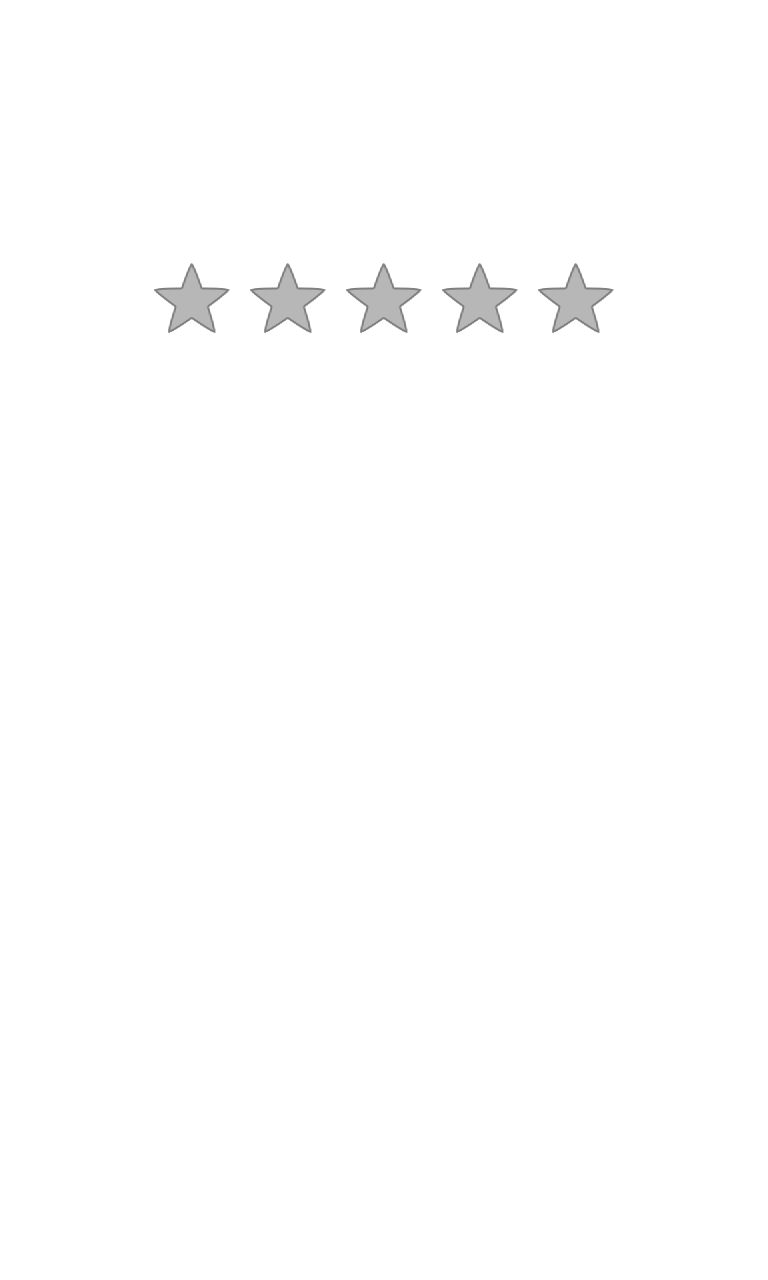
Repository: derspatero/workspace
Layout: EdwardLambke/res/layout/question.xml
The author's editor kept a copy of each file at every save. The layout is drawn from the files as they stood at one save, then again after the next save.
It is drawn on a 768 x 1280 px phone screen (xhdpi) without system bars, with theme AppTheme; the app's code is not run.

Above is the layout before, as saved 2014-10-26 05:17:10.

After the next save:
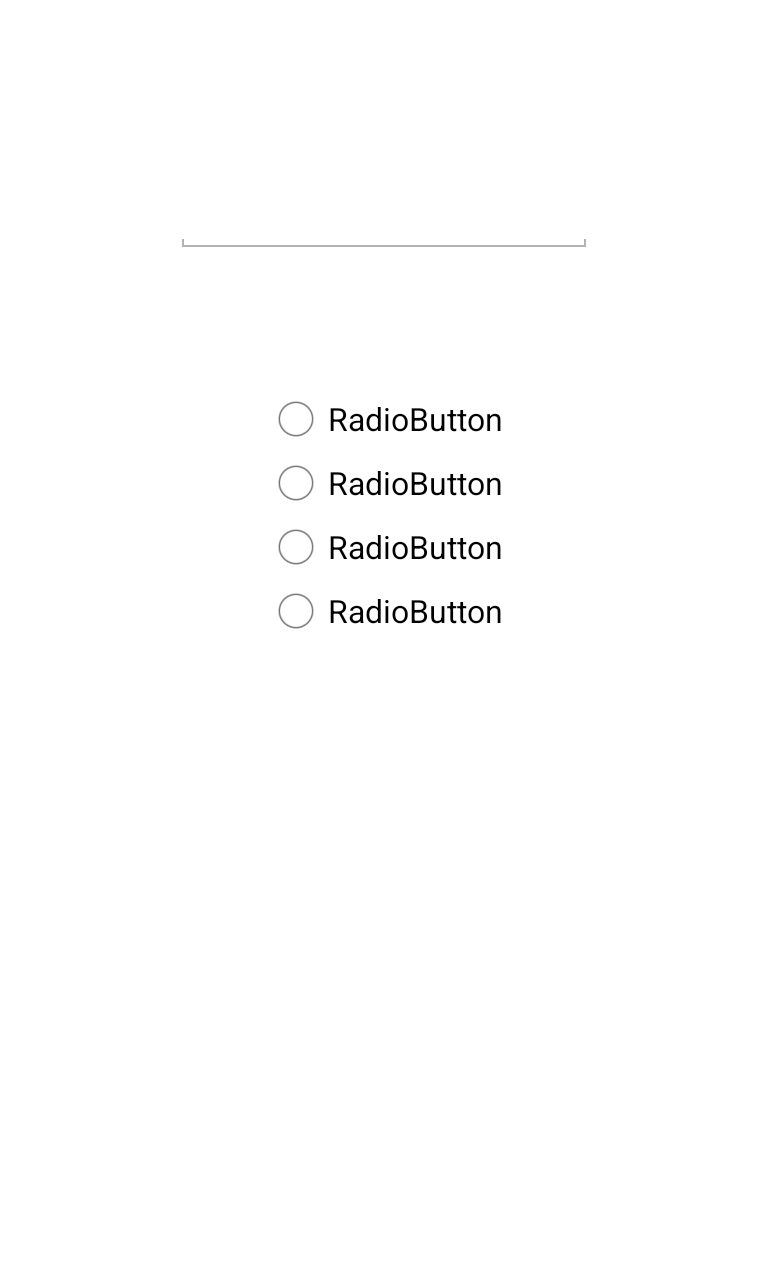
Saved 11 min 38 s later.
--- a/EdwardLambke/res/layout/question.xml
+++ b/EdwardLambke/res/layout/question.xml
@@ -3,13 +3,47 @@
     android:layout_width="match_parent"
     android:layout_height="match_parent" >
 
-    <RatingBar
-        android:id="@+id/ratingBar1"
+    <RadioButton
+        android:id="@+id/radioButton1"
+        android:layout_width="wrap_content"
+        android:layout_height="wrap_content"
+        android:layout_below="@+id/editText1"
+        android:layout_centerHorizontal="true"
+        android:layout_marginTop="66dp"
+        android:text="RadioButton" />
+
+    <RadioButton
+        android:id="@+id/radioButton2"
+        android:layout_width="wrap_content"
+        android:layout_height="wrap_content"
+        android:layout_alignLeft="@+id/radioButton1"
+        android:layout_below="@+id/radioButton1"
+        android:text="RadioButton" />
+
+    <RadioButton
+        android:id="@+id/radioButton3"
+        android:layout_width="wrap_content"
+        android:layout_height="wrap_content"
+        android:layout_alignLeft="@+id/radioButton2"
+        android:layout_below="@+id/radioButton2"
+        android:text="RadioButton" />
+
+    <RadioButton
+        android:id="@+id/radioButton4"
+        android:layout_width="wrap_content"
+        android:layout_height="wrap_content"
+        android:layout_alignLeft="@+id/radioButton3"
+        android:layout_below="@+id/radioButton3"
+        android:text="RadioButton" />
+
+    <EditText
+        android:id="@+id/editText1"
         android:layout_width="wrap_content"
         android:layout_height="wrap_content"
         android:layout_alignParentTop="true"
         android:layout_centerHorizontal="true"
-        android:layout_marginTop="125dp" />
-
+        android:layout_marginTop="88dp"
+        android:ems="10"
+        android:inputType="textPersonName" />
 
 </RelativeLayout>
